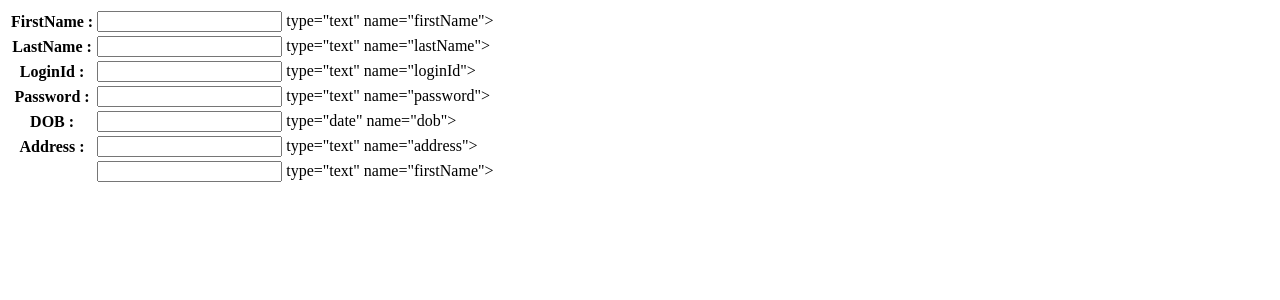
Repository: Hardeepsiddhu/Advancejava
Page: http://localhost/AdvanceDynamic/UserRegistration.jsp
These files come from the project's save history. The page is drawn as it stood at one moment and after the next save; the edit follows.
The browser window is 1280 px wide. The pictures show the whole page.
The page is served by Tomcat 9.

Above is the page before, as saved 2023-10-16 22:36:52.

After the next save:
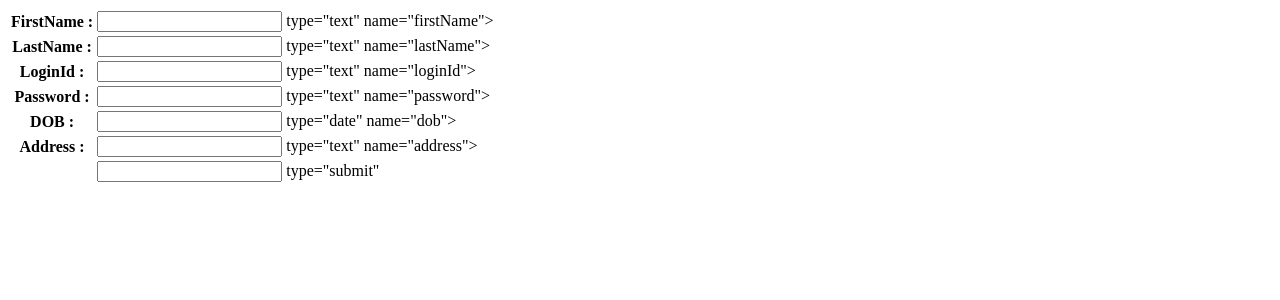
Saved 27 s later.
--- a/AdvanceDynamic/WebContent/UserRegistration.jsp
+++ b/AdvanceDynamic/WebContent/UserRegistration.jsp
@@ -49,7 +49,7 @@
 
 	<tr>
 		<th></th>
-	<td><input> type="text" name="firstName"></td>
+	<td><input> type="submit" </td>
 	</tr>
 	</table>
 	</form>
